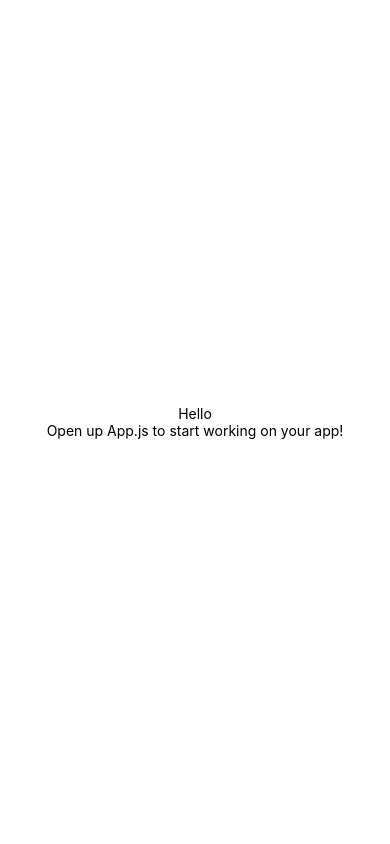
Repository: hirano-step/MemoApp
Screen: /
The author's editor kept a copy of each file at every save. The screen is drawn from the files as they stood at one save, then again after the next save.
The app was drawn by React Native's web renderer in a window 390 px wide. The project was rebuilt for these pictures with package versions that can differ from the ones it lists, and the page was loaded fresh each time.

Above is the screen before, as saved 2023-01-10 14:36:24.

### App.jsx
import { StatusBar } from 'expo-status-bar';
import { StyleSheet, Text, View } from 'react-native';

import Hello from './src/components/Hello';

export default function App() {
  return (
    <View style={styles.container}>
      <Hello />
      <Text>Open up App.js to start working on your app!</Text>
      {/* eslint-disable-next-line */}
      <StatusBar style="auto" />
    </View>
  );
}

const styles = StyleSheet.create({
  container: {
    flex: 1,
    backgroundColor: '#fff',
    alignItems: 'center',
    justifyContent: 'center',
  },
});

### src/components/Hello.jsx
import React from 'react';
import { View, Text, StyleSheet } from 'react-native';

function Hello() {
return (
    <View>
        <Text>Hello</Text>
    </View>
    );
}

export default Hello;

After the next save:
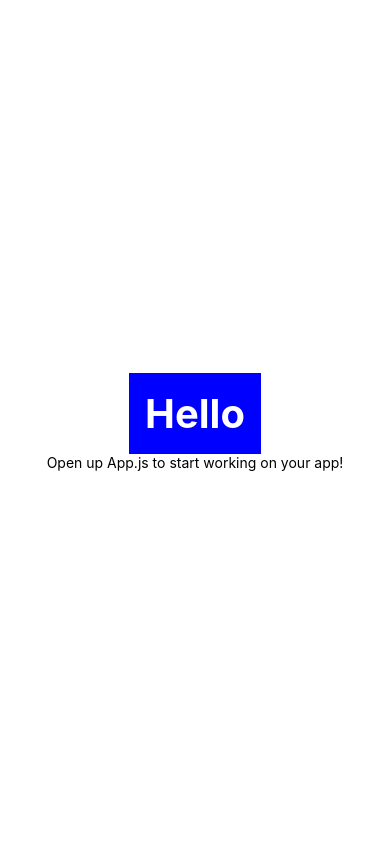
Saved 20 min 0 s later.
--- a/src/components/Hello.jsx
+++ b/src/components/Hello.jsx
@@ -4,9 +4,19 @@ import { View, Text, StyleSheet } from 'react-native';
 function Hello() {
 return (
     <View>
-        <Text>Hello</Text>
+        <Text style={styles.text}>Hello</Text>
     </View>
     );
 }
 
+const styles = StyleSheet.create({
+    text: {
+        color: '#FFFFFF',
+        backgroundColor: 'blue',
+        fontSize: 40,
+        fontWeight: 'bold',
+        padding: 16,
+    },
+});
+
 export default Hello;
